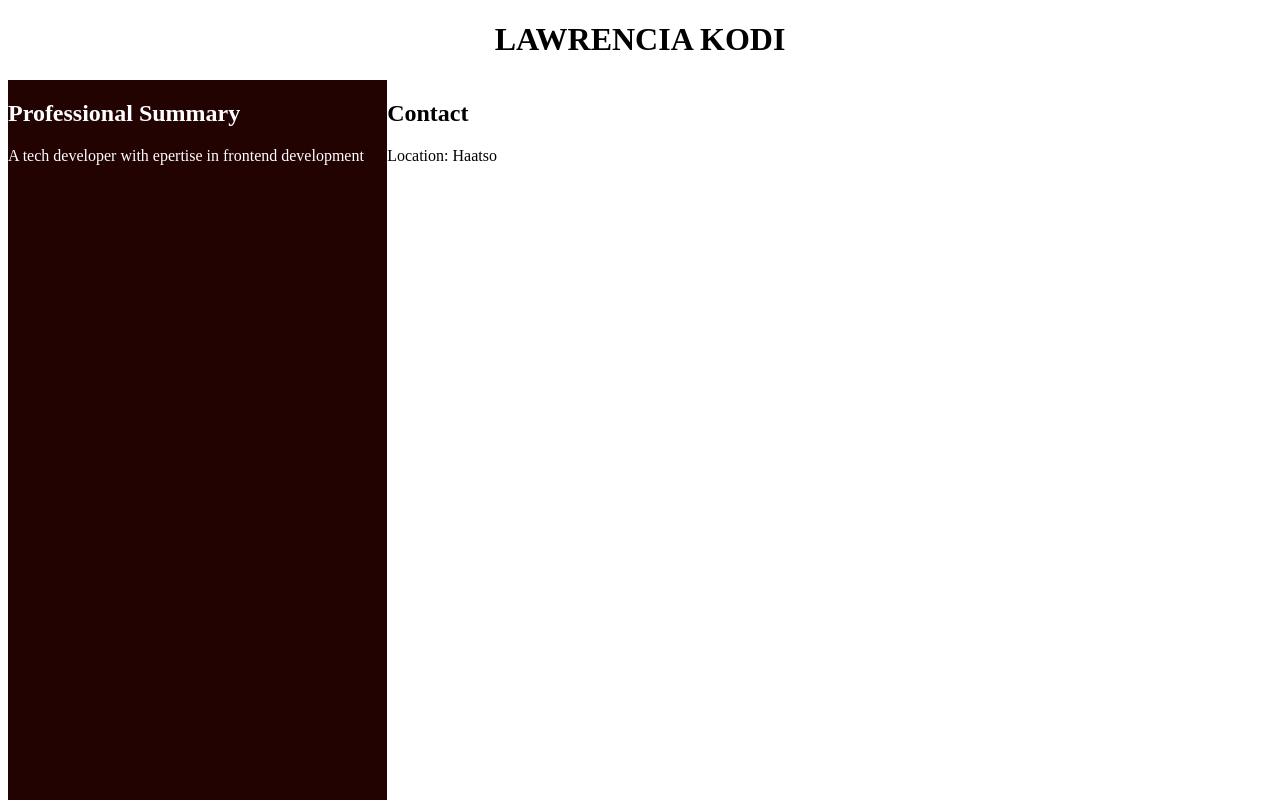
Repository: lawrencia-coder/T4G_CV
Page: index.html
These files come from the project's save history. The page is drawn as it stood at one moment and after a run of saves; the edit follows.
The browser window is 1280 px wide. The pictures show the whole page.
Some web libraries are served in a nearby version.

Above is the page before, as saved 2026-07-09 07:25:19.

After the next 2 saves:
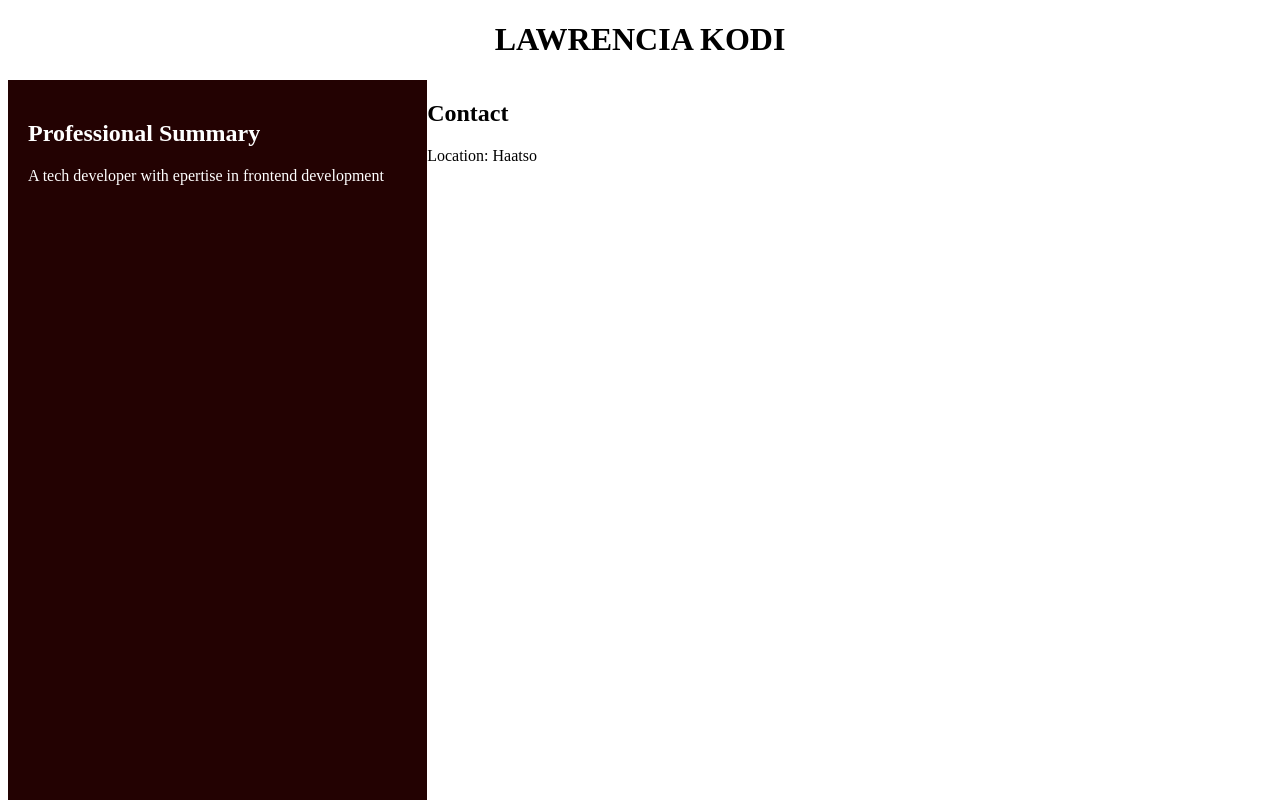
The 2 saves are shown as one change because they came seconds apart.
The last was saved 7 s later.
--- a/style.css
+++ b/style.css
@@ -13,5 +13,5 @@ h1{
 width: 30%;
 background-color: rgb(35, 2, 2);
 color: white;
-padding: ;
+padding: 20px;
 }
